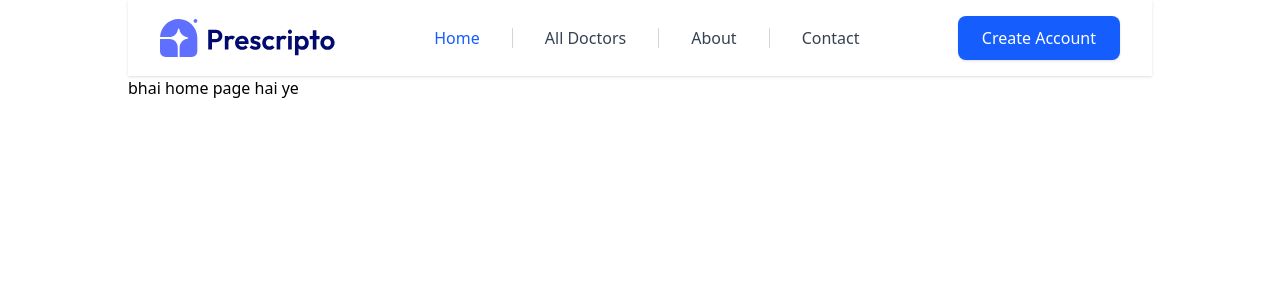
Repository: Pran2535/appointement_booking
Page: / (app in frontend/)
The author's editor kept a copy of each file at every save. The page is drawn from the files as they stood at one save, then again after the next save.
The browser window is 1280 px wide. The pictures show the whole page.
The project was rebuilt for these pictures with package versions that can differ from the ones it lists, and the page was loaded fresh each time. Also part of the build but not shown: frontend/vite.config.js, frontend/src/pages/About.jsx, frontend/src/pages/MyAppointments.jsx, frontend/src/pages/Doctors.jsx, frontend/src/pages/Login.jsx, frontend/src/pages/Contact.jsx, frontend/src/pages/MyProfile.jsx, frontend/src/pages/Appointment.jsx.

Above is the page before, as saved 2025-02-14 21:33:48.

After the next save:
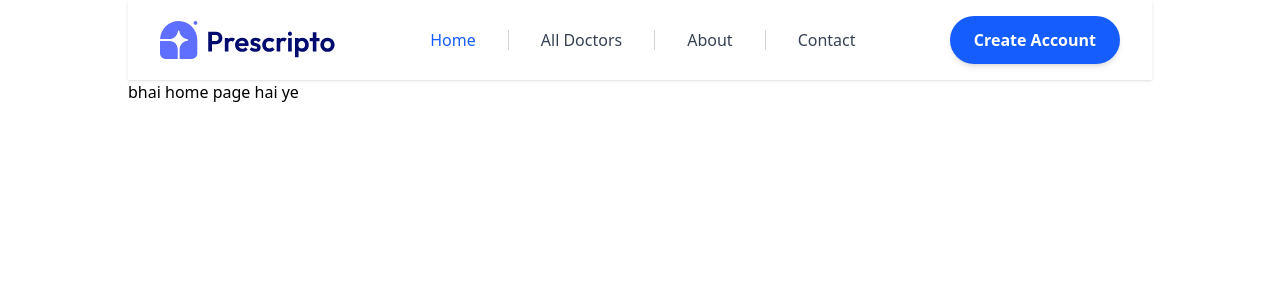
Saved 70 s later.
--- a/frontend/src/components/Navbar.jsx
+++ b/frontend/src/components/Navbar.jsx
@@ -9,45 +9,56 @@ const links = [
   { to: '/contact', label: 'Contact' }
 ]
 
-const Navbar = () =>{
-    const navigate= useNavigate();
+const Navbar = () => {
+  const navigate = useNavigate()
 
-    return(
+  return (
+    <nav className="sticky top-0 bg-white shadow-sm z-50">
+      <div className="max-w-7xl mx-auto px-4 sm:px-6 lg:px-8 py-4 flex items-center justify-between">
+        {/* Logo */}
+        <div className="flex-shrink-0">
+          <img
+            className="w-32 md:w-40 lg:w-44 h-auto cursor-pointer transition-transform hover:scale-105"
+            src={assets.logo}
+            alt="Company Logo"
+          />
+        </div>
 
-  <nav className="sticky top-0 bg-white shadow-sm z-50">
-    <div className="max-w-7xl mx-auto px-4 sm:px-6 lg:px-8 py-4 flex items-center justify-between">
-      <img
-        className="w-32 md:w-40 lg:w-44 h-auto cursor-pointer transition-transform hover:scale-105"
-        src={assets.logo}
-        alt="Company Logo"
-      />
-      <div className="hidden md:block">
-        <ul className="flex items-center space-x-8">
-          {links.map((l, i) => (
-            <React.Fragment key={l.to}>
-              <NavLink
-                to={l.to}
-                className={({ isActive }) =>
-                  `font-medium transition-colors duration-200 hover:text-blue-600 ${
-                    isActive ? 'text-blue-600' : 'text-gray-700'
-                  }`
-                }
-              >
-                {l.label}
-              </NavLink>
-              {i < links.length - 1 && <div className="h-5 w-px bg-gray-300" aria-hidden="true" />}
-            </React.Fragment>
-          ))}
-        </ul>
+        {/* Navigation Links */}
+        <div className="hidden md:block">
+          <ul className="flex items-center space-x-8">
+            {links.map((l, i) => (
+              <React.Fragment key={l.to}>
+                <NavLink
+                  to={l.to}
+                  className={({ isActive }) =>
+                    `font-medium transition-colors duration-200 hover:text-blue-600 ${
+                      isActive ? 'text-blue-600' : 'text-gray-700'
+                    }`
+                  }
+                >
+                  {l.label}
+                </NavLink>
+                {i < links.length - 1 && (
+                  <div className="h-5 w-px bg-gray-300" aria-hidden="true" />
+                )}
+              </React.Fragment>
+            ))}
+          </ul>
+        </div>
+
+        {/* CTA Button */}
+        <div className="flex items-center gap-4">
+          <button
+            onClick={() => navigate('/login')}
+            className="hidden md:block bg-blue-600 hover:bg-blue-700 text-white px-6 py-3 rounded-full font-semibold transition-colors duration-200 focus:outline-none focus:ring-2 focus:ring-blue-500 focus:ring-offset-2 shadow-md"
+          >
+            Create Account
+          </button>
+        </div>
       </div>
-      <div className=" flex items-center gap-4">
-      <button onClick={()=>navigate('/login')} className="bg-blue-600 hover:bg-blue-700 text-white px-6 py-2.5 rounded-lg font-medium transition-colors duration-200 focus:outline-none focus:ring-2 focus:ring-blue-500 focus:ring-offset-2 hidden md:block shadow-sm">
-        Create Account
-      </button>
-      </div>
-    </div>
-  </nav>
-)
+    </nav>
+  )
 }
 
 export default Navbar
